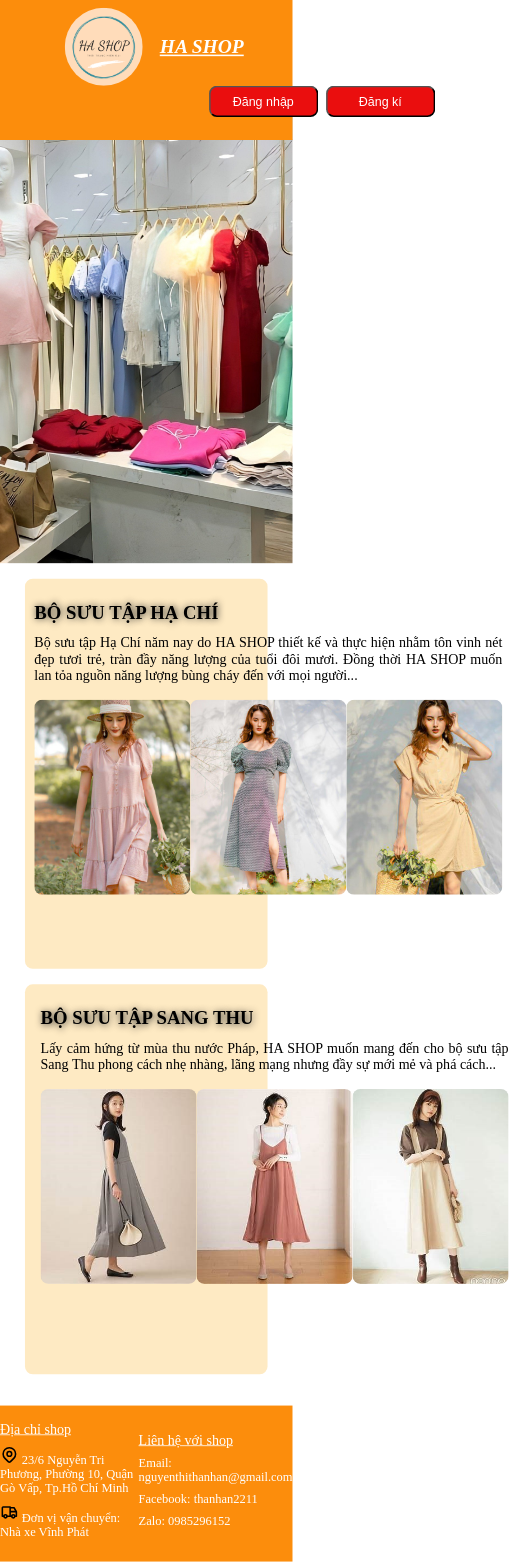
Repository: manhhieu120499/Project_ShopQuanAo
Page: index.html
An editor plug-in stored every save of this project. The page is shown before and after the next save, followed by the edit.
The browser window is 375 px wide. The page is 652 px wide, so the pictures cover 652 px, including what lies to the right of the window. The pictures show the whole page, at 78% of full size.

Above is the page before, as saved 2023-04-07 22:51:15.

After the next save:
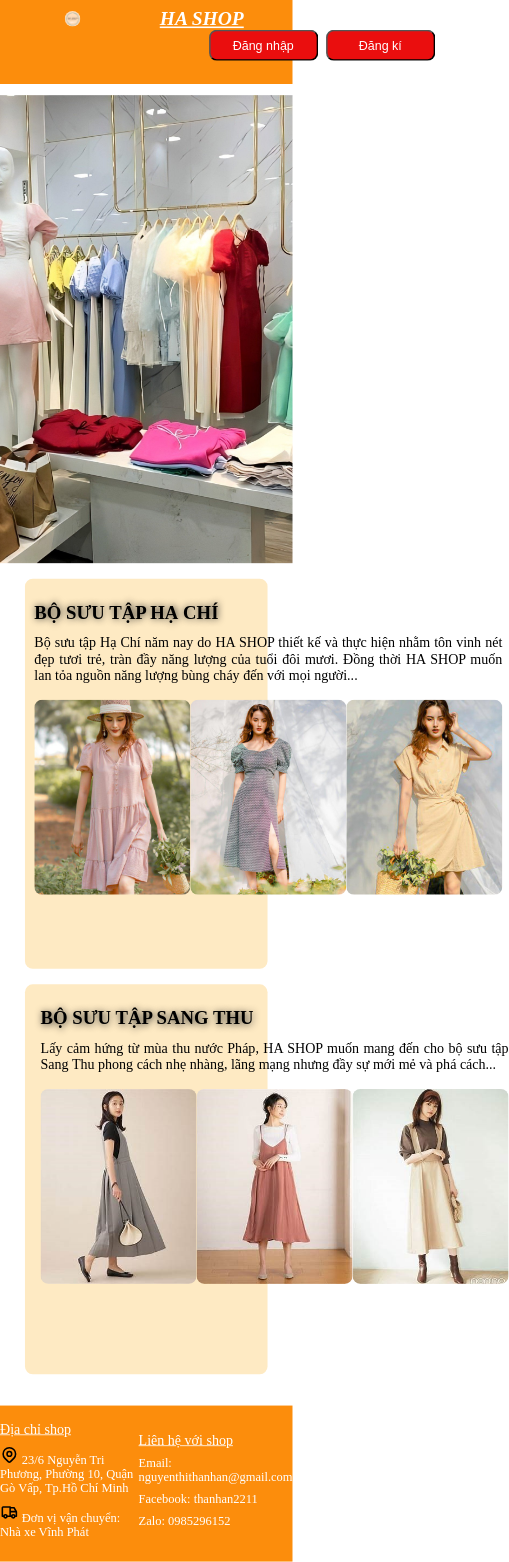
Saved 55 s later.
--- a/responsive/responsive_trangchu.css
+++ b/responsive/responsive_trangchu.css
@@ -62,7 +62,7 @@
         display: none;
     }
 
-    .left-header img {
+    .left-header .picture {
         width: 20px;
         height: 20px;
     }
